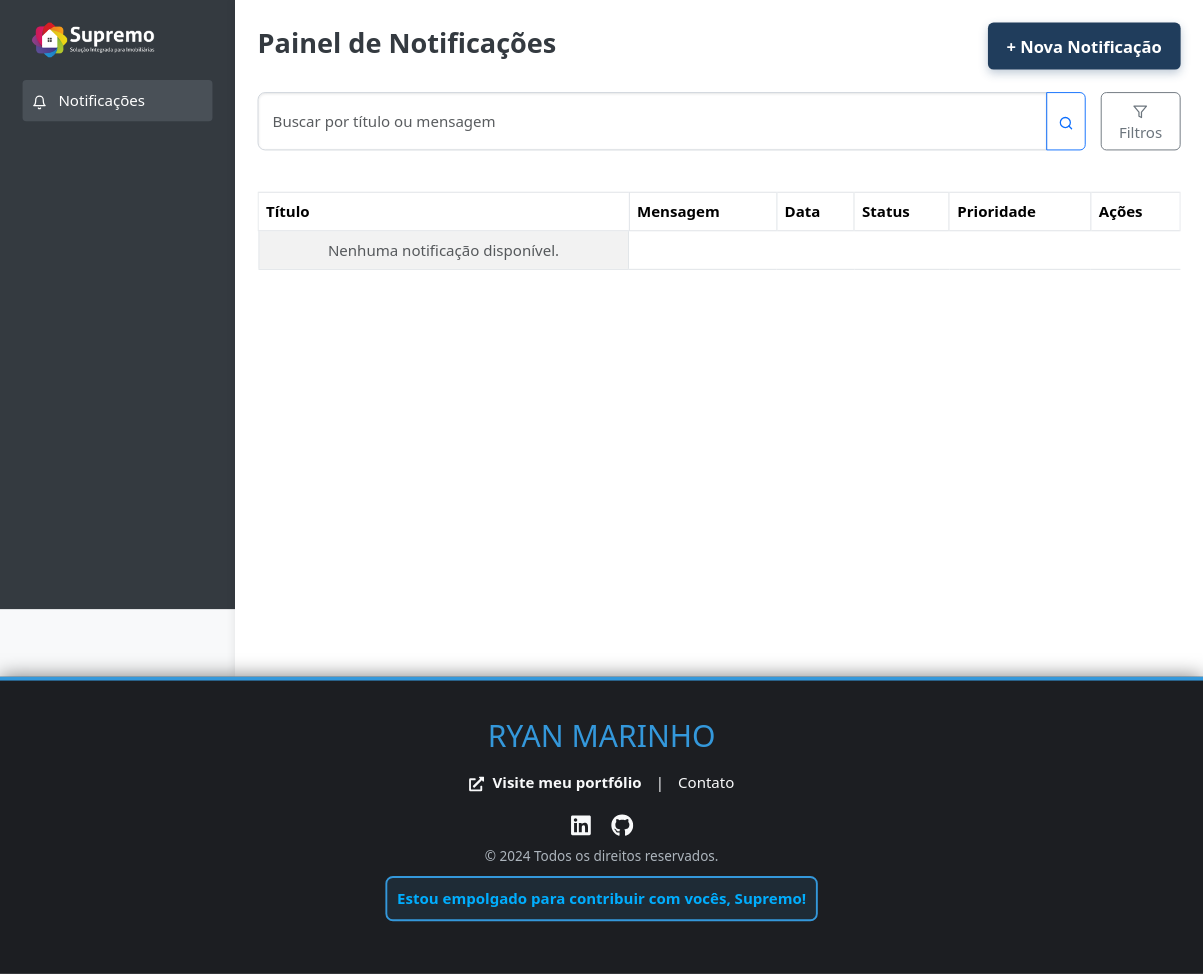
Repository: ryanmarinhodev/Supremo-teste-tecnico
Page: /notifications
The author's editor kept a copy of each file at every save. The page is drawn from the files as they stood at one save, then again after the next save.
The browser window is 1280 px wide. The pictures show the whole page, at 94% of full size.
The project was rebuilt for these pictures with package versions that can differ from the ones it lists, and the page was loaded fresh each time. Also part of the build but not shown: src/App.css, src/Components/Login/index.jsx.

Above is the page before, as saved 2024-11-07 20:14:39.

After the next save:
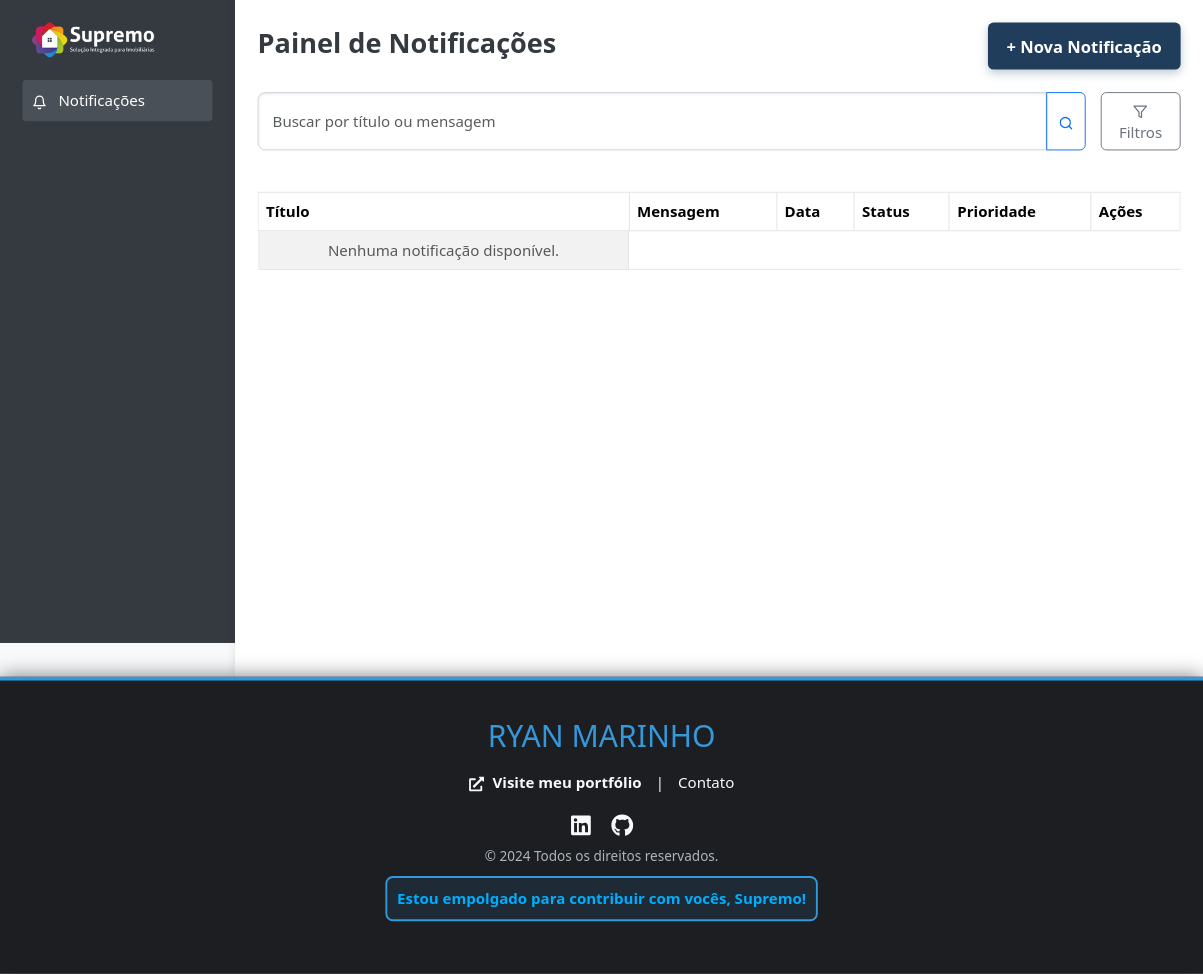
Saved 6 s later.
--- a/src/Components/Notifications/notification.css
+++ b/src/Components/Notifications/notification.css
@@ -8,7 +8,7 @@
   width: 250px;
   background-color: #343a40;
   color: #fff;
-  height: 90vh;
+  height: 95vh;
 }
 
 .logo {
